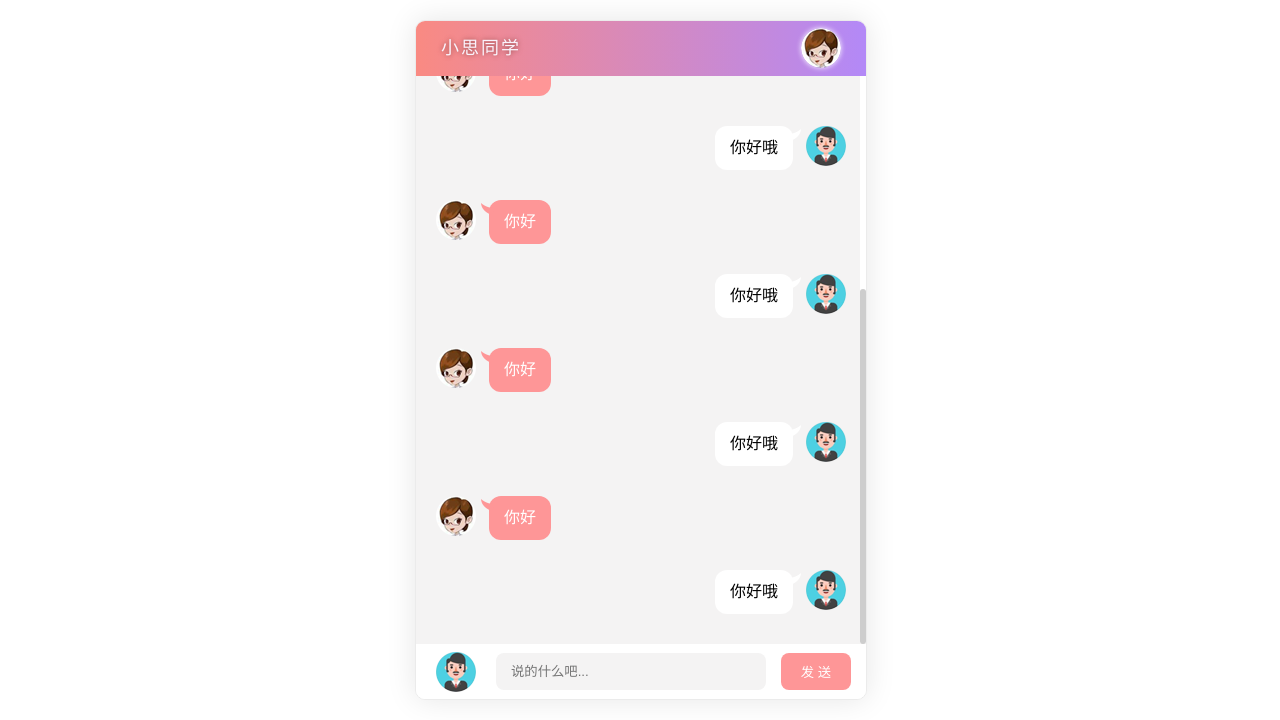
Repository: R1Deemo/ajax
Page: 聊天机器人/聊天机器人.html
An editor plug-in stored every save of this project. The page is shown before and after the next save, followed by the edit.
The browser window is 1280 px wide. The pictures show the whole page.

Above is the page before, as saved 2022-10-25 10:12:19.

### 聊天机器人/聊天机器人.html
 <!DOCTYPE html>
<html lang="en">
  <head>
    <meta charset="UTF-8" />
    <meta name="viewport" content="width=device-width, initial-scale=1.0" />
    <meta http-equiv="X-UA-Compatible" content="ie=edge" />
    <link rel="stylesheet" href="css/reset.css" />
    <link rel="stylesheet" href="css/main.css" />
    <script type="text/javascript" src="js/jquery-1.12.4.min.js"></script>
    <script type="text/javascript" src="js/jquery-ui.min.js"></script>
    <script type="text/javascript" src="js/jquery.mousewheel.js"></script>
    <title>聊天机器人</title>
  </head>

  <body>
    <div class="wrap">
      <!-- 头部 Header 区域 -->
      <div class="header">
        <h3>小思同学</h3>
        <img src="img/person01.png" alt="icon" />
      </div>
      <!-- 中间 聊天内容区域 -->
      <div class="main">
        <ul class="talk_list" style="top: 0px;">
          <li class="left_word">
            <img src="img/person01.png" /> <span>你好</span>
          </li>
          <li class="right_word">
            <img src="img/person02.png" /> <span>你好哦</span>
          </li>
          <li class="left_word">
            <img src="img/person01.png" /> <span>你好</span>
          </li>
          <li class="right_word">
            <img src="img/person02.png" /> <span>你好哦</span>
          </li>
          <li class="left_word">
            <img src="img/person01.png" /> <span>你好</span>
          </li>
          <li class="right_word">
            <img src="img/person02.png" /> <span>你好哦</span>
          </li>
          <li class="left_word">
            <img src="img/person01.png" /> <span>你好</span>
          </li>
          <li class="right_word">
            <img src="img/person02.png" /> <span>你好哦</span>
          </li>
          <li class="left_word">
            <img src="img/person01.png" /> <span>你好</span>
          </li>
          <li class="right_word">
            <img src="img/person02.png" /> <span>你好哦</span>
          </li>
          <li class="left_word">
            <img src="img/person01.png" /> <span>你好</span>
          </li>
          <li class="right_word">
            <img src="img/person02.png" /> <span>你好哦</span>
          </li>
        </ul>
        <div class="drag_bar" style="display: none;">
          <div
            class="drager ui-draggable ui-draggable-handle"
            style="display: none; height: 412.628px;"
          ></div>
        </div>
      </div>
      <!-- 底部 消息编辑区域 -->
      <div class="footer">
        <img src="img/person02.png" alt="icon" />
        <input type="text" placeholder="说的什么吧..." class="input_txt" />
        <input type="button" value="发 送" class="input_sub" />
      </div>
    </div>
    <script type="text/javascript" src="js/scroll.js"></script>
    <script>
      $(function(){
        // 初始化右侧滚动条
        // 这个方法定义在scroll.js中
        resetui()
      })
    </script>
  </body>
</html>

### 聊天机器人/css/main.css
body {
    font-family: 'Microsoft YaHei';
}
.wrap {
    position: fixed;
    width: 450px;
    left: 50%;
    margin-left: -225px;
    top: 20px;
    bottom: 20px;
    border: 1px solid #ebebeb;
    background-color: #fff;
    border-radius: 10px;
    box-shadow: 0 0 30px rgba(0, 0, 0, 0.1);
    overflow: hidden;
}
.header {
    height: 55px;
    background: linear-gradient(90deg, rgba(246, 60, 47, 0.6), rgba(128, 58, 242, 0.6));
    overflow: hidden;
}
.header h3 {
    color: #faf3fc;
    line-height: 55px;
    font-weight: normal;
    float: left;
    letter-spacing: 2px;
    margin-left: 25px;
    font-size: 18px;
    text-shadow: 0px 0px 5px #944846;
}
.header img {
    float: right;
    margin: 7px 25px 0 0;
    border-radius: 20px;
    box-shadow: 0 0 5px #f7f2fe;
}
.main {
    position: absolute;
    left: 0;
    right: 0;
    top: 55px;
    bottom: 55px;
    background-color: #f4f3f3;
    box-sizing: border-box;
    padding: 10px 0;
    overflow:hidden;
}
.talk_list{
    position: absolute;
    width:100%;
    left:0px;
    top:0px;
}
.talk_list li {
    overflow: hidden;
    margin: 20px 0px 30px;
}
.talk_list .left_word img {
    float: left;
    margin-left: 20px;
}
.talk_list .left_word span {
    float: left;
    background-color: #fe9697;
    padding: 10px 15px;
    max-width: 290px;
    border-radius: 12px;
    font-size: 16px;
    color: #fff;
    margin-left: 13px;
    position: relative;
    line-height: 24px;
}
.talk_list .left_word span:before {
    content: '';
    position: absolute;
    left: -8px;
    top: 3px;
    width: 13px;
    height: 12px;
    background: url('../img/corner01.png') no-repeat;
}
.talk_list .right_word img {
    float: right;
    margin-right: 20px;
}
.talk_list .right_word span {
    float: right;
    background-color: #fff;
    padding: 10px 15px;
    max-width: 290px;
    border-radius: 12px;
    font-size: 16px;
    color: #000;
    margin-right: 13px;
    position: relative;
    line-height: 24px;
}
.talk_list .right_word span:before {
    content: '';
    position: absolute;
    right: -8px;
    top: 3px;
    width: 13px;
    height: 12px;
    background: url('../img/corner02.png') no-repeat;
}
.drag_bar{
    position:absolute;
    right:0px;
    top:0px;
    background-color: #fff;
    height:100%;
    width:6px;
    box-sizing:border-box;
    border-bottom:1px solid #f4f3f3;
}
.drager{
    position:absolute;
    left:0px;
    top:0px;
    background-color: #cdcdcd;
    height:100px;
    width:6px;
    border-radius:3px;
    cursor: pointer;
}

.footer{
    width:100%;
    height: 55px;
    left:0px;
    bottom:0px;
    background-color:#fff;
    position: absolute;
}

.footer img{
    float: left;
    margin:8px 0 0 20px;
}

.input_txt{
    float: left;
    width:270px;
    height:37px;
    border:0px;
    background-color: #f4f3f3;
    margin:9px 0 0 20px;
    border-radius:8px;
    padding:0px;
    outline:none;
    text-indent:15px;
}
.input_sub{
    float: left;
    width:70px;
    height:37px;
    border:0px;
    background-color: #fe9697;
    margin:9px 0 0 15px;
    border-radius:8px;
    padding:0px;
    outline:none;
    color:#fff;
    cursor: pointer;
}

### 聊天机器人/js/scroll.js
$(function () {
    var $main = $('.main');
    var $list = $('.talk_list');
    var $drager = $('.drager');
    var $mainh = $main.outerHeight(false);
    var $listh = $list.outerHeight(false);

    var $rate = $mainh / $listh;
    var $dragh = $mainh * $rate;
    var $top = 0;
    $drager.css({ 'height': $dragh });

    $drager.draggable({
        containment: "parent",
        drag: function (ev, ui) {
            $top = ui.position.top;
            $list.css({ 'top': -$top / $rate });
        }
    });

    $(window).resize(function () {
        resetui();
    });

    //var timer = null;
    var flag = false;

    $main.mousewheel(function(ev,delta){
        //console.log(delta);
        //clearTimeout(timer);
        //timer = setTimeout(function(){
            // 向上滚动正值，向下滚动负值
        if(flag){
            return;
        }

        flag = true;

        setTimeout(function(){
            flag = false;
        },300);

        if($listh <= $mainh){
            return;
        }else{
            if(delta>0){
                $top = $top-60;
                if($top<0){
                    $top=0;
                }
                $drager.animate({ 'top': $top },200);
                $list.animate({ 'top': -$top / $rate },200);
            }else{
                $top = $top+60;
                if($top>($mainh-$dragh)){
                    $top=parseInt($mainh-$dragh);
                }
                $drager.animate({ 'top': $top },200);
                $list.animate({ 'top': -parseInt($top / $rate) },200);
            }
        }

        //},300);
    });
    if ($listh <= $mainh) {
        $('.drag_bar').hide();
        $('.drager').hide();
    }

    function resetui(){
        $mainh = $main.outerHeight(false);
        $listh = $list.outerHeight(false);
        $rate = $mainh / $listh;
        $dragh = $mainh * $rate;
        $drager.css({ 'height': $dragh });

        if ($listh <= $mainh) {
            $('.drag_bar').hide();
            $drager.hide();
            $list.css({ 'top':0 });
        } else {
            $('.drag_bar').show();
            $drager.show();
            $drager.css({ 'top': $mainh-$dragh });
            $list.css({ 'top': -($listh-$mainh) });
        }
    }

    window.resetui = resetui;
})

Loaded but not shown: 聊天机器人/css/reset.css (common file); 聊天机器人/js/jquery-1.12.4.min.js (library); 聊天机器人/js/jquery-ui.min.js (library); 聊天机器人/js/jquery.mousewheel.js (library); 聊天机器人/js/chat.js (no stored copy; drawn as an empty file)

After the next save:
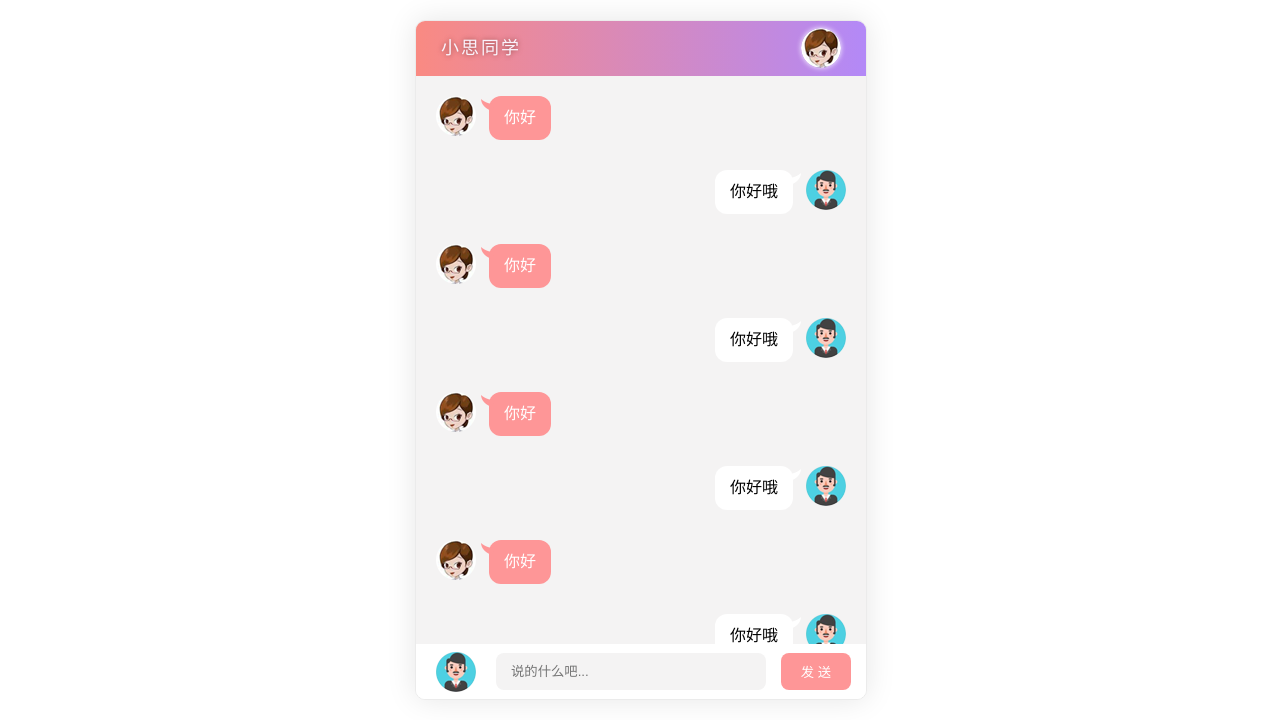
Saved 39 s later.
--- a/聊天机器人/聊天机器人.html
+++ b/聊天机器人/聊天机器人.html
@@ -1,6 +1,7 @@
- <!DOCTYPE html>
+<!DOCTYPE html>
 <html lang="en">
-  <head>
+
+<head>
     <meta charset="UTF-8" />
     <meta name="viewport" content="width=device-width, initial-scale=1.0" />
     <meta http-equiv="X-UA-Compatible" content="ie=edge" />
@@ -10,76 +11,69 @@
     <script type="text/javascript" src="js/jquery-ui.min.js"></script>
     <script type="text/javascript" src="js/jquery.mousewheel.js"></script>
     <title>聊天机器人</title>
-  </head>
+</head>
 
-  <body>
+<body>
     <div class="wrap">
-      <!-- 头部 Header 区域 -->
-      <div class="header">
-        <h3>小思同学</h3>
-        <img src="img/person01.png" alt="icon" />
-      </div>
-      <!-- 中间 聊天内容区域 -->
-      <div class="main">
-        <ul class="talk_list" style="top: 0px;">
-          <li class="left_word">
-            <img src="img/person01.png" /> <span>你好</span>
-          </li>
-          <li class="right_word">
-            <img src="img/person02.png" /> <span>你好哦</span>
-          </li>
-          <li class="left_word">
-            <img src="img/person01.png" /> <span>你好</span>
-          </li>
-          <li class="right_word">
-            <img src="img/person02.png" /> <span>你好哦</span>
-          </li>
-          <li class="left_word">
-            <img src="img/person01.png" /> <span>你好</span>
-          </li>
-          <li class="right_word">
-            <img src="img/person02.png" /> <span>你好哦</span>
-          </li>
-          <li class="left_word">
-            <img src="img/person01.png" /> <span>你好</span>
-          </li>
-          <li class="right_word">
-            <img src="img/person02.png" /> <span>你好哦</span>
-          </li>
-          <li class="left_word">
-            <img src="img/person01.png" /> <span>你好</span>
-          </li>
-          <li class="right_word">
-            <img src="img/person02.png" /> <span>你好哦</span>
-          </li>
-          <li class="left_word">
-            <img src="img/person01.png" /> <span>你好</span>
-          </li>
-          <li class="right_word">
-            <img src="img/person02.png" /> <span>你好哦</span>
-          </li>
-        </ul>
-        <div class="drag_bar" style="display: none;">
-          <div
-            class="drager ui-draggable ui-draggable-handle"
-            style="display: none; height: 412.628px;"
-          ></div>
+        <!-- 头部 Header 区域 -->
+        <div class="header">
+            <h3>小思同学</h3>
+            <img src="img/person01.png" alt="icon" />
         </div>
-      </div>
-      <!-- 底部 消息编辑区域 -->
-      <div class="footer">
-        <img src="img/person02.png" alt="icon" />
-        <input type="text" placeholder="说的什么吧..." class="input_txt" />
-        <input type="button" value="发 送" class="input_sub" />
-      </div>
+        <!-- 中间 聊天内容区域 -->
+        <div class="main">
+            <ul class="talk_list" style="top: 0px;">
+                <li class="left_word">
+                    <img src="img/person01.png" /> <span>你好</span>
+                </li>
+                <li class="right_word">
+                    <img src="img/person02.png" /> <span>你好哦</span>
+                </li>
+                <li class="left_word">
+                    <img src="img/person01.png" /> <span>你好</span>
+                </li>
+                <li class="right_word">
+                    <img src="img/person02.png" /> <span>你好哦</span>
+                </li>
+                <li class="left_word">
+                    <img src="img/person01.png" /> <span>你好</span>
+                </li>
+                <li class="right_word">
+                    <img src="img/person02.png" /> <span>你好哦</span>
+                </li>
+                <li class="left_word">
+                    <img src="img/person01.png" /> <span>你好</span>
+                </li>
+                <li class="right_word">
+                    <img src="img/person02.png" /> <span>你好哦</span>
+                </li>
+                <li class="left_word">
+                    <img src="img/person01.png" /> <span>你好</span>
+                </li>
+                <li class="right_word">
+                    <img src="img/person02.png" /> <span>你好哦</span>
+                </li>
+                <li class="left_word">
+                    <img src="img/person01.png" /> <span>你好</span>
+                </li>
+                <li class="right_word">
+                    <img src="img/person02.png" /> <span>你好哦</span>
+                </li>
+            </ul>
+            <div class="drag_bar" style="display: none;">
+                <div class="drager ui-draggable ui-draggable-handle" style="display: none; height: 412.628px;"></div>
+            </div>
+        </div>
+        <!-- 底部 消息编辑区域 -->
+        <div class="footer">
+            <img src="img/person02.png" alt="icon" />
+            <input type="text" placeholder="说的什么吧..." class="input_txt" />
+            <input type="button" value="发 送" class="input_sub" />
+        </div>
     </div>
     <script type="text/javascript" src="js/scroll.js"></script>
-    <script>
-      $(function(){
-        // 初始化右侧滚动条
-        // 这个方法定义在scroll.js中
-        resetui()
-      })
+    <script src="./js/chat.js">
     </script>
-  </body>
+</body>
+
 </html>
